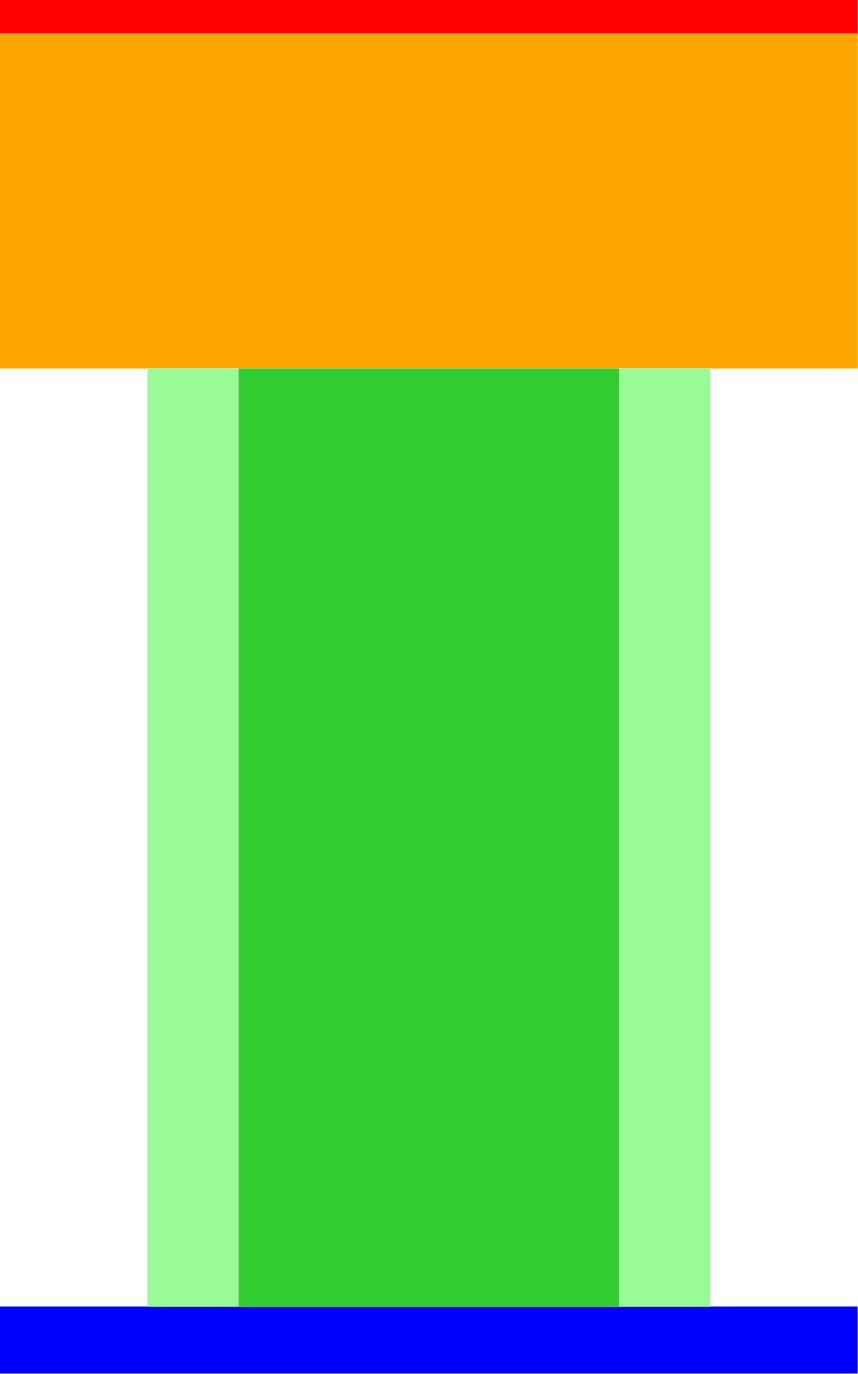
Repository: 39506KK/ALL
Page: caravan/chapter4.html
The author's editor kept a record of every edit. The page is drawn from the files as they stood at one moment, then again after the next edit.
The browser window is 1280 px wide. The pictures show the whole page, at 67% of full size.

Above is the page before.

### caravan/chapter4.html
<!DOCTYPE html>
<html lang="ja">

  <head>

    <meta charset="UTF-8" />
    <!-- CSSファイルの読み込み -->
    <link rel="stylesheet" href="chapter4.css" />
    <title> 4章演習問題</title>

  </head>

  <body>
    <!-- header用のdiv -->
    <div class="header">
    </div>

    <!-- main-visual用のdiv -->
    <div class="main-visual">
    </div>

    <!-- main用のdiv -->
    <div class="main">
      <div class="sidebar"></div>
      <div class="blog"></div>
      <div class="sidebar"></div>
    </div>

    <!-- footer用のdiv -->
    <div class="footer"></div>

  </body>





</html>

### caravan/chapter4.css
/* ブラウザがそれぞれ持っているCSSをリセットするための記述 */
* {
  margin: 0;
  padding: 0;
  box-sizing: border-box;
}

.header {
  width: 100%; /* 横幅いっぱい */
  height: 50px; /* 高さ50px */
  background-color: red; /* 背景色red */
}

.main-visual {
  width: 100%; /* 横幅いっぱい */
  height: 500px; /* 高さ500px */
  background-color: orange; /* 背景色orange */
}

.main {
  width: 840px; /* 横幅840px */
  /* background-color, heightの指定を解除 */

  display: flex; /* Flexboxの利用 */
  justify-content: center; /* 子要素の横並び・中央寄せ */
  margin: 0 auto; /* 中央寄せ(左右に余白がないとできない)　*/
}

.blog {
  width: 960px; /* 横幅960px */
  height: 1400px; /* 高さ1400px */
  background-color: limegreen; /* 背景色limegreen */
}

.sidebar {
  width: 230px; /* 横幅230px */
  height: 1400px; /* 高さ1400px */
  background-color: palegreen; /* 背景色palegreen */
}

.footer {
  width: 100%; /* 横幅いっぱい */
  height: 100px; /* 高さ100px */
  background-color: blue; /* 背景色blue */
}

After the next edit:
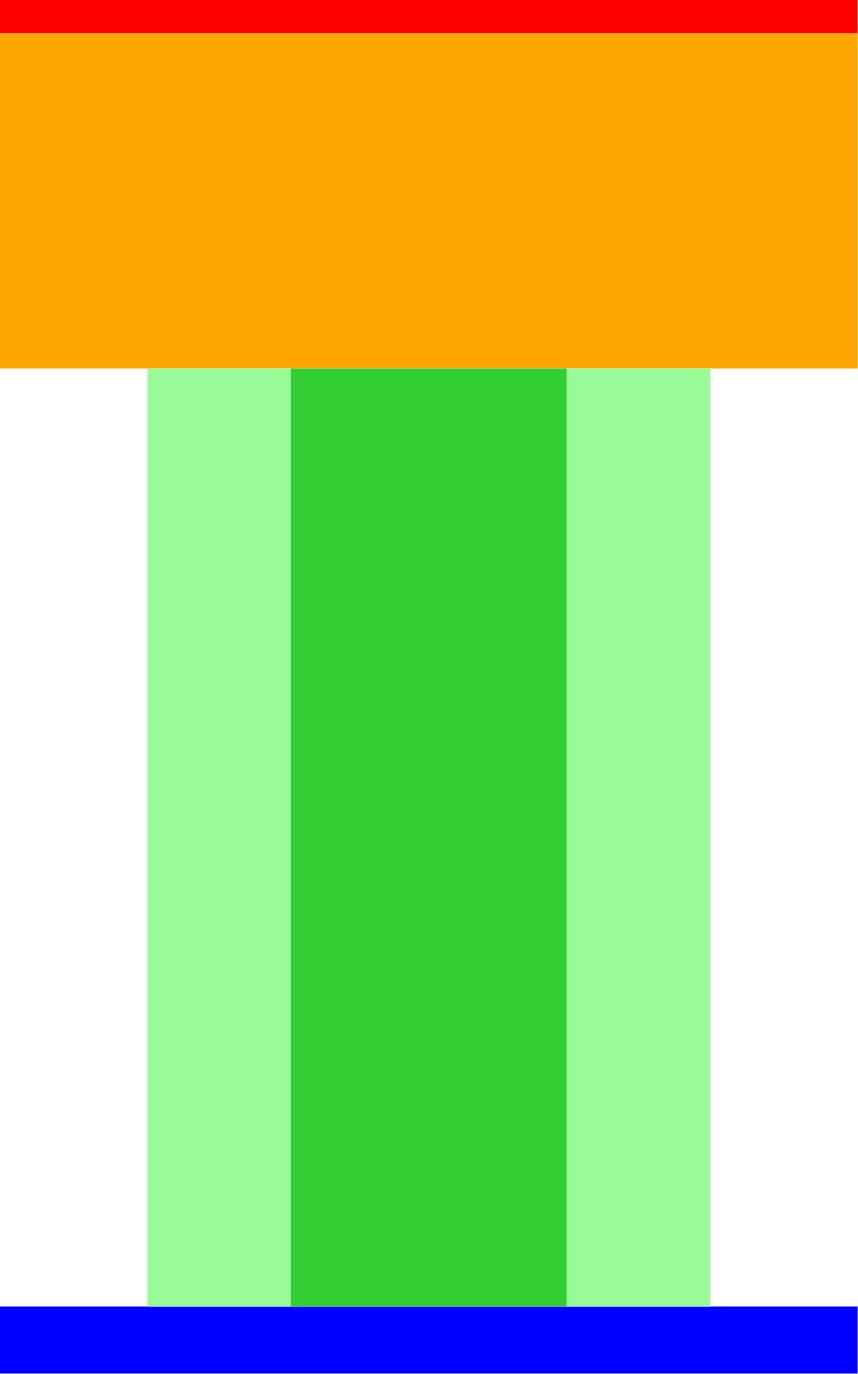
The edit:
--- a/caravan/chapter4.css
+++ b/caravan/chapter4.css
@@ -33,7 +33,7 @@
 }
 
 .sidebar {
-  width: 230px; /* 横幅230px */
+  width: 500px; /* 横幅500px */
   height: 1400px; /* 高さ1400px */
   background-color: palegreen; /* 背景色palegreen */
 }

After the 2 edits that followed:
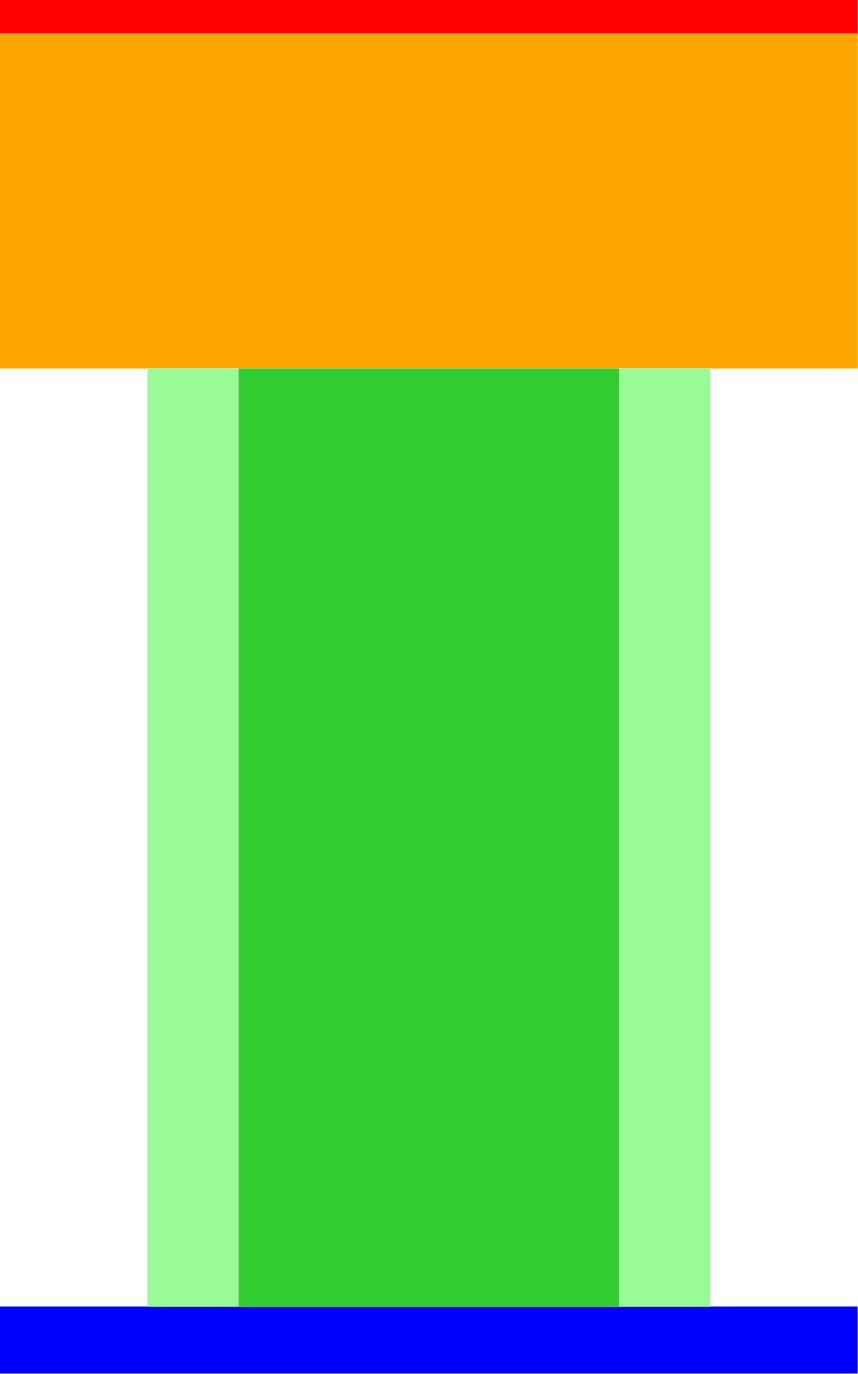
The 2 edits are shown as one change because 1 left the picture as it was.
The edit:
--- a/caravan/chapter4.css
+++ b/caravan/chapter4.css
@@ -33,9 +33,10 @@
 }
 
 .sidebar {
-  width: 500px; /* 横幅500px */
+  width: 230px; /* 横幅230px */
   height: 1400px; /* 高さ1400px */
   background-color: palegreen; /* 背景色palegreen */
+  margin: 0 auto;
 }
 
 .footer {
